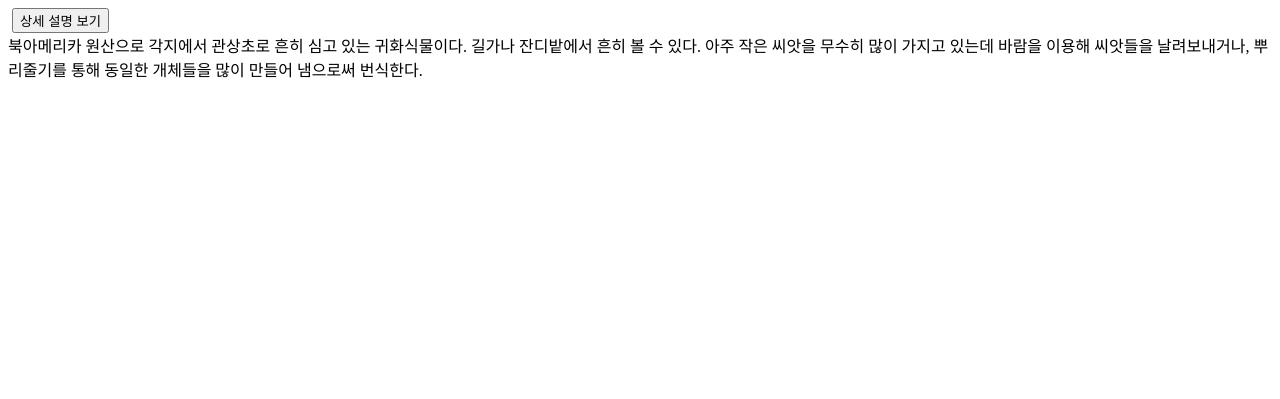
Repository: ady0099/webstudy
Page: 03_javascript/src/main/webapp/day02/ex17_event.html
These files come from the project's save history. The page is drawn as it stood at one moment and after the next save; the edit follows.
The browser window is 1280 px wide. The pictures show the whole page.

Above is the page before, as saved 2023-06-28 07:39:52.

After the next save:
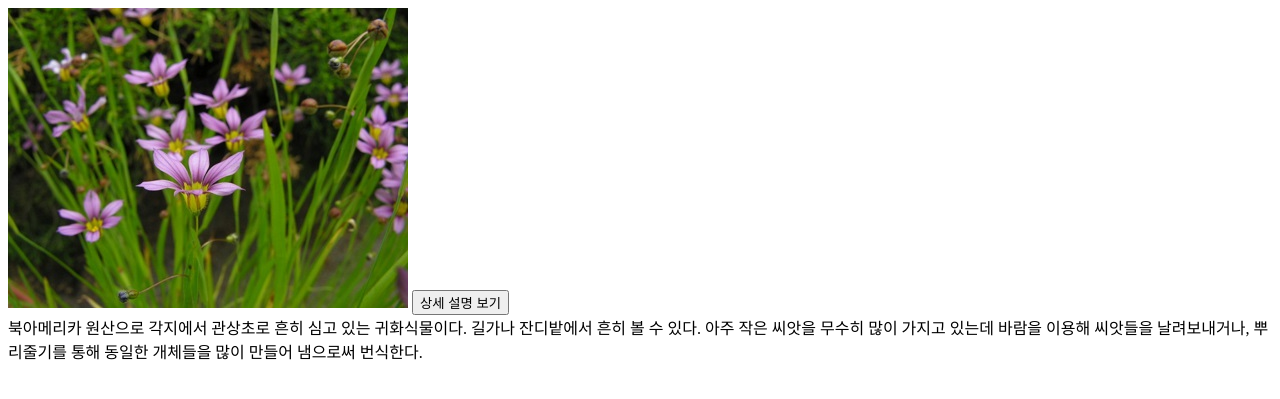
Saved 14 s later.
--- a/03_javascript/src/main/webapp/day02/ex17_event.html
+++ b/03_javascript/src/main/webapp/day02/ex17_event.html
@@ -6,7 +6,7 @@
 	</head>
 	<body>
 		<div id="item">
-			<img alt="" src="">
+			<img alt="" src="../images/flower.jpg">
 			<button class="over" id="open">상세 설명 보기</button>
 			<div>북아메리카 원산으로 각지에서 관상초로 흔히 심고 있는 귀화식물이다.
 			길가나 잔디밭에서 흔히 볼 수 있다.
